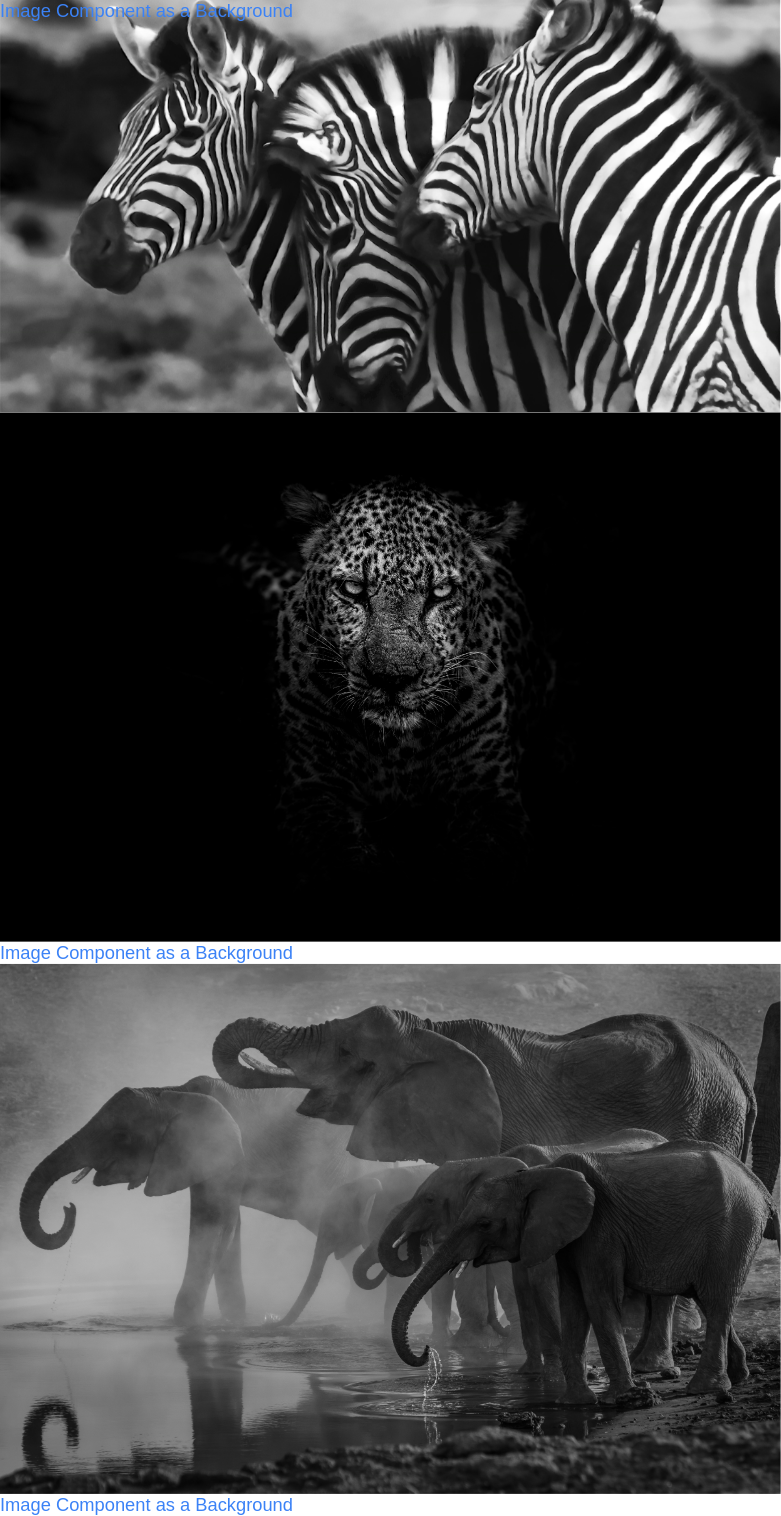
Repository: BrightonMboya/ggv-landingPage
Page: /
These files come from the project's save history. The page is drawn as it stood at one moment and after the next save; the edit follows.
The browser window is 1280 px wide. The pictures show the whole page, at 61% of full size.
The project was rebuilt for these pictures with package versions that can differ from the ones it lists, and the page was loaded fresh each time. The framework's server and built-in components were replaced by stand-ins that run in the browser. Also part of the build but not shown: next.config.js.

Above is the page before, as saved 2022-06-13 19:49:15.

After the next save:
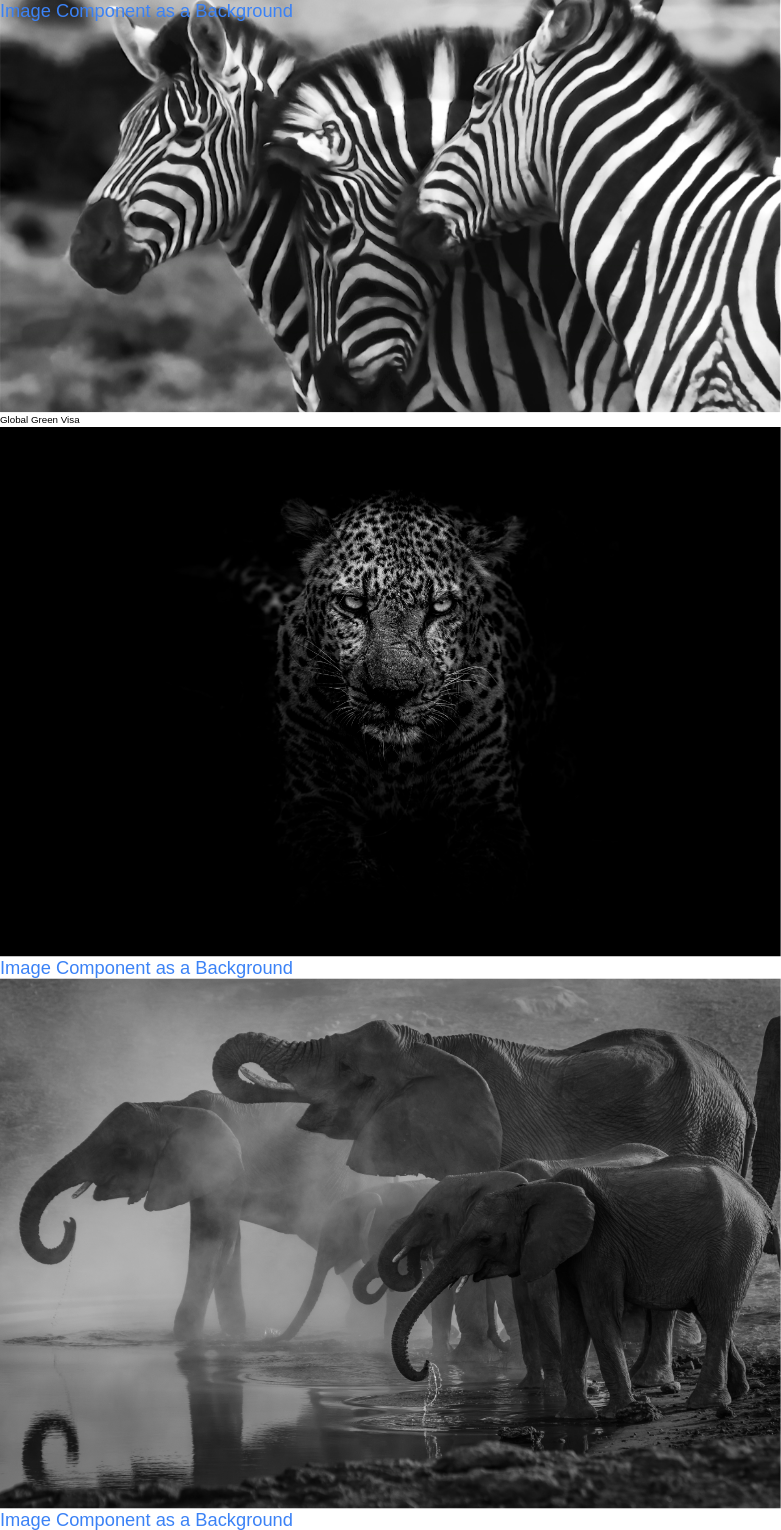
Saved 64 s later.
--- a/pages/HomePage.js
+++ b/pages/HomePage.js
@@ -15,9 +15,12 @@ const HomePage = () => {
           quality={100}
         />
       </div>
-      <p className="text-blue-500 text-3xl absolute top-0 left-0">
-        Image Component as a Background
-      </p>
+      <div>
+        <h2>Global Green Visa</h2>
+        <p className="text-blue-500 text-3xl absolute top-0 left-0">
+          Image Component as a Background
+        </p>
+      </div>
     </div>
   );
 };
